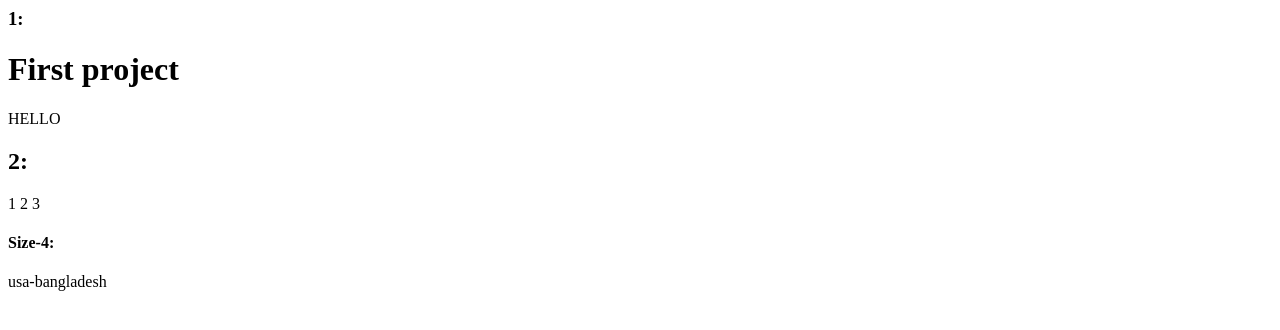
Repository: ZubaerAhmed/2-Corona-virus-eclipse-workspace
Page: http://localhost/CoronaVirus/First.jsp
An editor plug-in stored every save of this project. The page is shown before and after the next save, followed by the edit.
The browser window is 1280 px wide. The pictures show the whole page.
The page is served by Tomcat 9.

Above is the page before, as saved 2020-04-01 15:54:15.

After the next save:
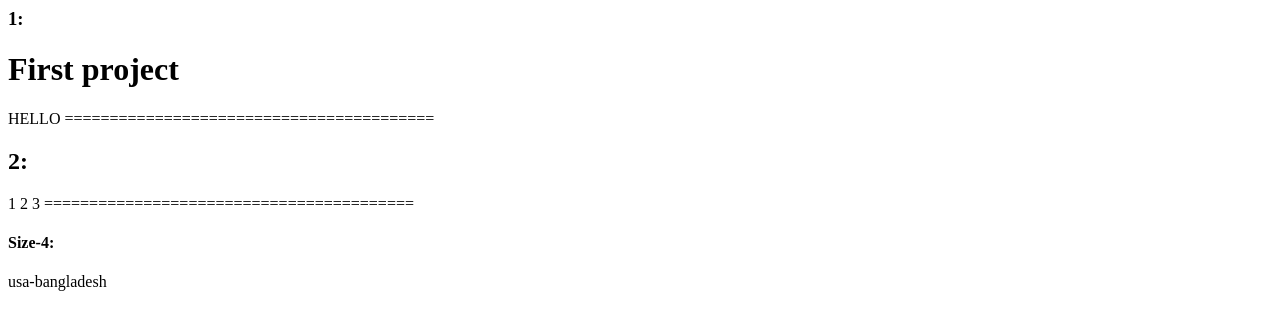
Saved 3 min 6 s later.
--- a/CoronaVirus/WebContent/First.jsp
+++ b/CoronaVirus/WebContent/First.jsp
@@ -4,13 +4,14 @@
 	<h3>1:</h3>
 	<h1>First project</h1>
 	<%= new String("Hello").toUpperCase() %>
-
+	=========================================
 	<h2>2:</h2>
 	<%
 		for(int i=1; i<4; i++){
 			out.println(i);
 		}
 	%>
+	=========================================
 	<h4>Size-4:</h4>
 	<%!
 		String makeLowerCase(String s){
